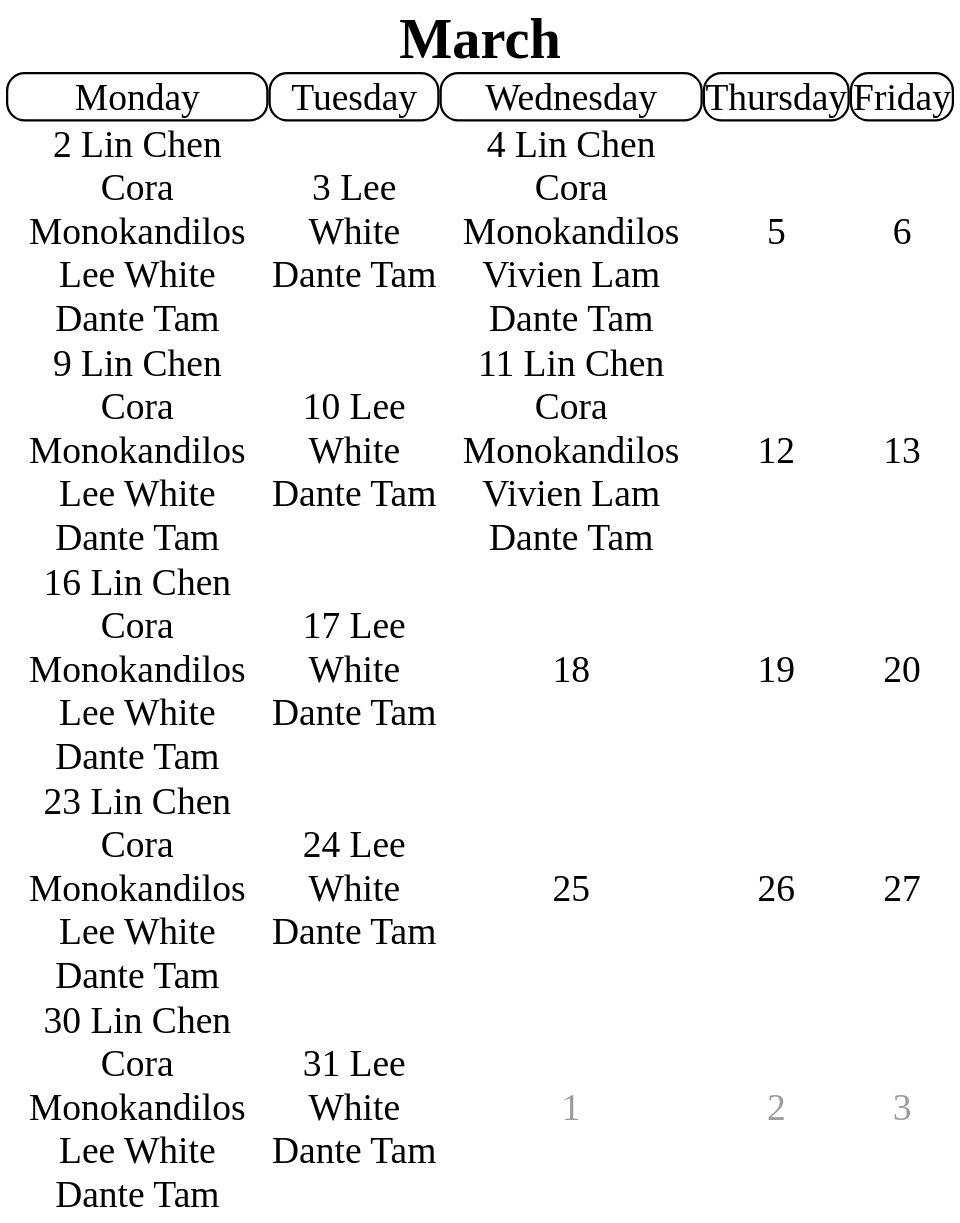
Repository: shleewhite/missionBitCalendar
Page: views/mar.html
The author's editor kept a record of every edit. The page is drawn from the files as they stood at one moment, then again after the next edit.
The browser window is 1280 px wide. The pictures show the whole page, at 75% of full size.

Above is the page before.

After the next edit:
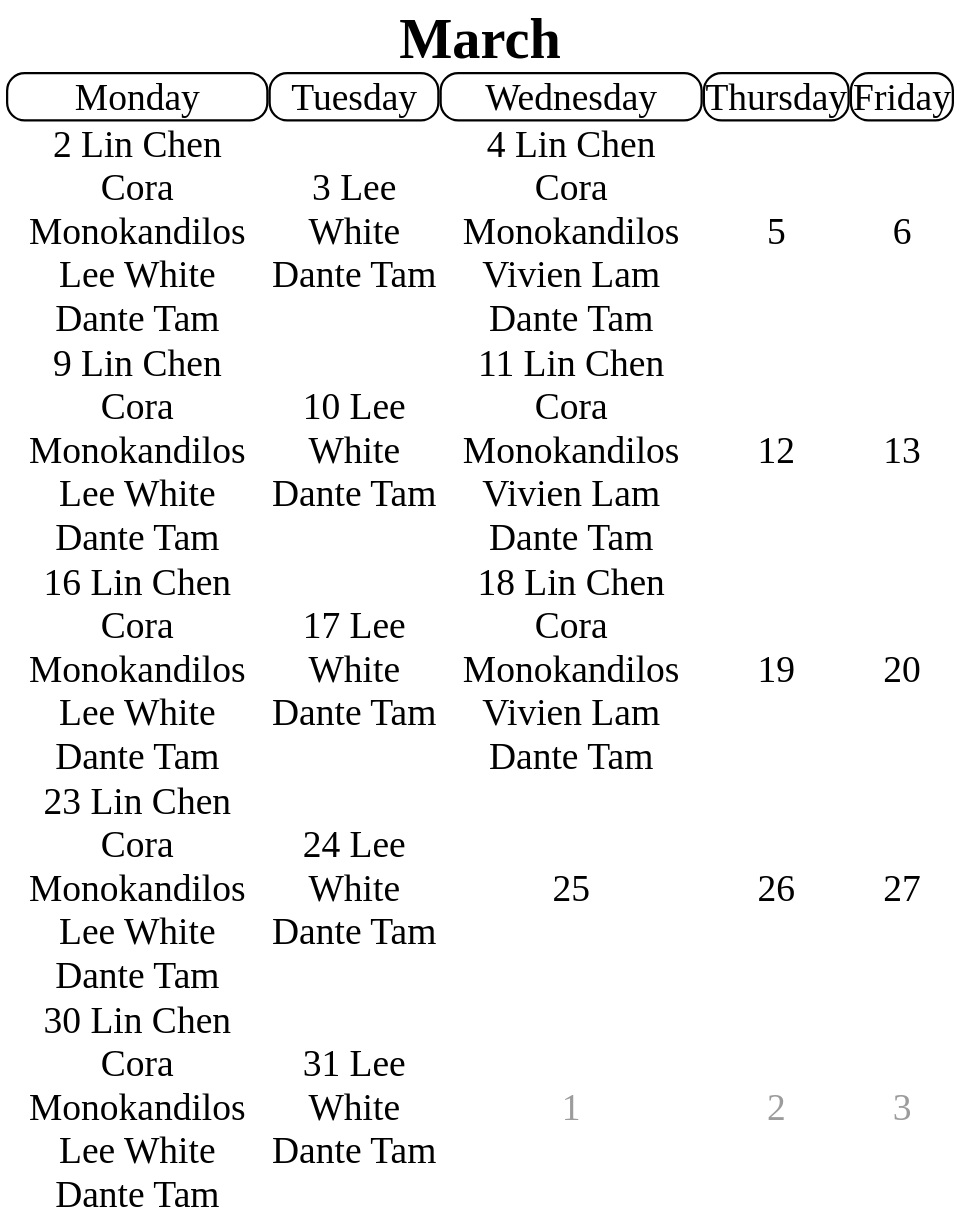
The edit:
--- a/views/mar.html
+++ b/views/mar.html
@@ -29,7 +29,7 @@
             <tr>
                 <td>16 Lin Chen<br>Cora Monokandilos<br>Lee White<br>Dante Tam</td>
                 <td>17 Lee White<br>Dante Tam</td>
-                <td>18</td>
+                <td>18 Lin Chen<br>Cora Monokandilos<br>Vivien Lam<br>Dante Tam</td>
                 <td>19</td>
                 <td>20</td>
             </tr>
